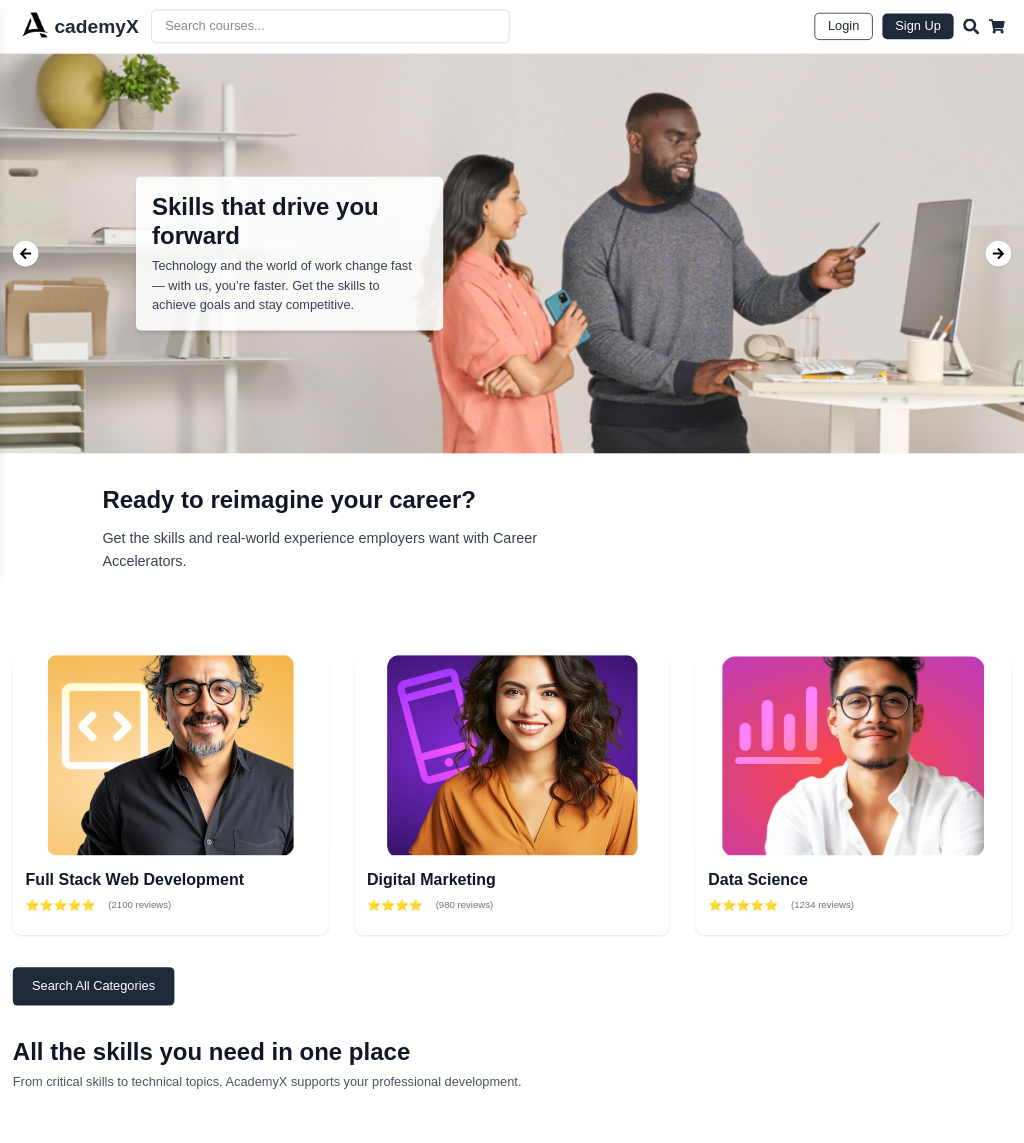
Repository: MohamedSalah54/full-stack-e-learning
Page: / (app in frontend/)
These files come from the project's save history. The page is drawn as it stood at one moment and after the next save; the edit follows.
The browser window is 1280 px wide. The pictures show the whole page, at 80% of full size.
The project was rebuilt for these pictures with package versions that can differ from the ones it lists, and the page was loaded fresh each time. The framework's server and built-in components were replaced by stand-ins that run in the browser. Also part of the build but not shown: frontend/next.config.ts.

Above is the page before, as saved 2025-06-15 15:06:53.

After the next save:
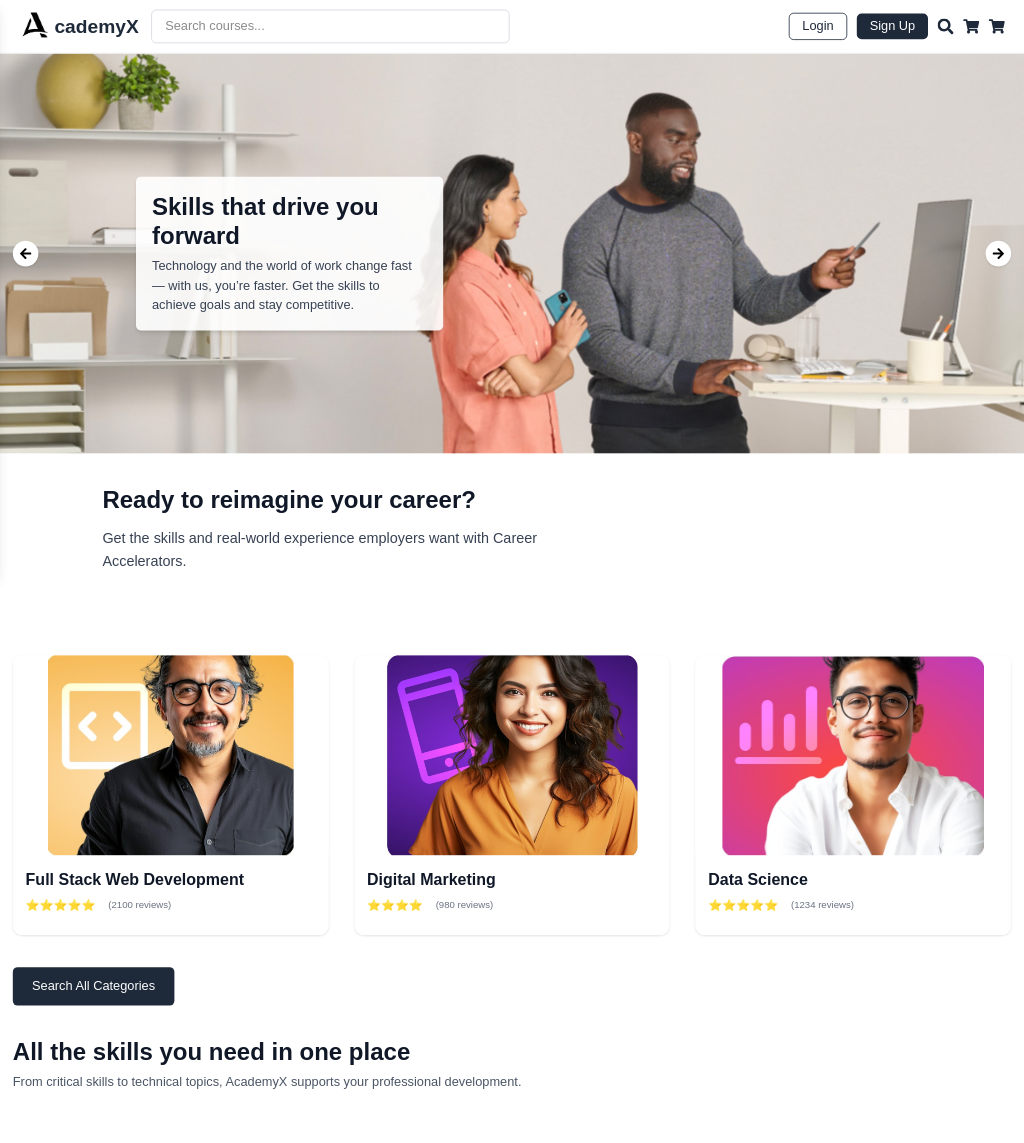
Saved 55 s later.
--- a/frontend/src/components/Navbar.tsx
+++ b/frontend/src/components/Navbar.tsx
@@ -70,7 +70,12 @@
             </button>
 
             {/* Always visible icons */}
-            <FaSearch className="text-gray-800 text-xl cursor-pointer hover:scale-110 transition" />
+{/* Always visible icons */}
+<FaSearch
+  className="text-gray-800 text-xl cursor-pointer hover:scale-110 transition"
+  onClick={() => setIsSearchOpen(true)}
+/>
+<FaShoppingCart className="text-gray-800 text-xl cursor-pointer hover:scale-110 transition" />
             <FaShoppingCart className="text-gray-800 text-xl cursor-pointer hover:scale-110 transition" />
           </div>
 

After the 2 saves that followed:
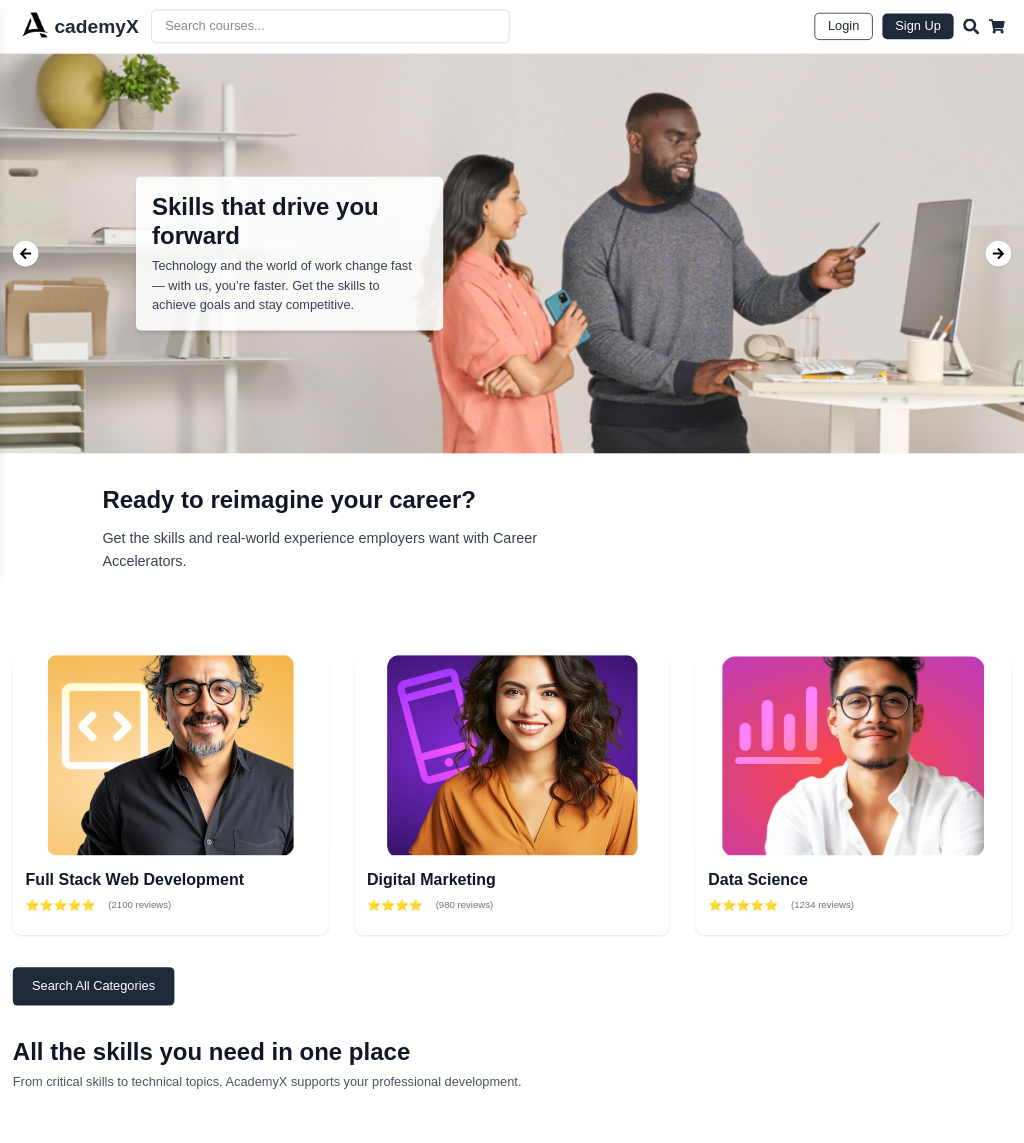
The 2 saves are shown as one change because they came seconds apart.
The last was saved 7 s later.
--- a/frontend/src/components/Navbar.tsx
+++ b/frontend/src/components/Navbar.tsx
@@ -70,12 +70,11 @@
             </button>
 
             {/* Always visible icons */}
-{/* Always visible icons */}
-<FaSearch
-  className="text-gray-800 text-xl cursor-pointer hover:scale-110 transition"
-  onClick={() => setIsSearchOpen(true)}
-/>
-<FaShoppingCart className="text-gray-800 text-xl cursor-pointer hover:scale-110 transition" />
+            {/* Always visible icons */}
+            <FaSearch
+              className="text-gray-800 text-xl cursor-pointer hover:scale-110 transition"
+              onClick={() => setIsSearchOpen(true)}
+            />
             <FaShoppingCart className="text-gray-800 text-xl cursor-pointer hover:scale-110 transition" />
           </div>
 
